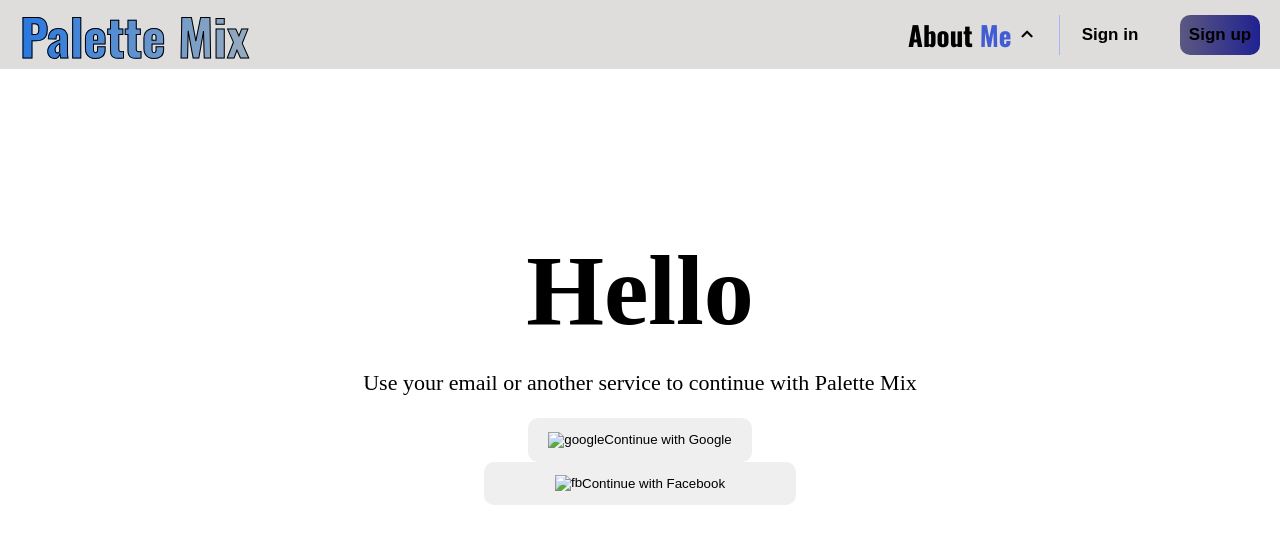
Repository: dmpelaez/Login-Signup-form
Page: Color/colorHeader.html
The author's editor kept a copy of each file at every save. The page is drawn from the files as they stood at one save, then again after the next save.
The browser window is 1280 px wide. The pictures show the window.
A layer covers the whole window, so only the first screen is drawn. Some web libraries are served in a nearby version.

Above is the page before, as saved 2025-12-13 07:24:18.

### Color/colorHeader.html
<!DOCTYPE html>

  <html lang="en" dir="ltr">

    <head>

      <title>Palette Mix</title>
      <!--Style-->
      <link rel="stylesheet" href="colorHeader.css">
      <link rel="stylesheet" href="colorMain.css">
      <link rel="stylesheet" href="https://cdnjs.cloudflare.com/ajax/libs/font-awesome/5.14.0/css/all.min.css">
    </head>
    <body>

      <header class="color-header">
        <!--Title-->
        <a href="colorHeader.html">
          <section id="title" class="color-title">
            Palette Mix
          </section>
        </a>

        <!--End-->

        <!--Right side navigation bar-->
        <section class="navigation-bar">

          <!--About me-->
          <button class="about-me">
           <span class="aboutme">About <span class="me-text">Me</span></span>
           <i class="fas fa-chevron-up"></i>

          </button>

          <!--Login & Signup form-->
          <div class="signin-signup">
            <button class="sign-in">
              Sign in
            </button>
            <button class="sign-up">
              Sign up
            </button>
          </div>
        </section>
        <!--End-->
        <div class="aboutmeSection">
          <div class="sectionAboutme">

            <img class="imageofme" alt="Creator Image" src="WIN_20241001_13_05_33_Pro.jpg">
            <P class="gd">Good day!</P>
            <p class="introduction">
              I am Delmar Galibo Pelaez, 19 years old from Manila, Philippines.
              I am a self-taught programmer who decided to study HTML, CSS and JavaScript to become
              a web developer and I'm hoping to thrive and learn more about on this field to create and serve to others.
            </p>

          </div>

          <div class="aboutThisProject">
            <h2 class="info-project">Palette Mix</h2>
            <p class="infoPalette">
              This project is only created for fun and to challenge myself to create different projects so as to improve skills in web development.
              The creation of Palette Mix started when I'm searching for a project to do because I always hear other programmers that to improve quickly and effieciently --
              you need to create your own projects. Palette Mix is about generating different colors that can be use to mix and create a great layout design for a websites!
            </p>
          </div>

          <div class="connectSection">
            <div class="contacts">
              <h2 class="connect-text">Connect:</h2>
              <a class="githubLink" href="https://github.com/dmpelaez" target="_blank">
                 <img class="github" alt="Github" src="download__1_-removebg-preview.png">
              </a>
              <a class="facebook"  href="#" target="_blank">
                <img class="fb"  alt="Facebook" src="facebook-logo (1).png">
              </a>
            </div>

          </div>

        </div>

        <!--Sign in -->

        <div class="signinPage">

          <div class="signinBox">

            <h1 class="hello-text">Hello</h1>
            <p class="email-account">
              Use your email or another service to continue with Palette Mix
            </p>

            <button class="google">
              <div class="google2">
                <img class="googleImage" alt="google" href="#">
                <p class="continue-text">Continue with Google</p>
              </div>
            </button>
            <button class="fbbutton">
              <div class="fbSection">
                <Img class="fbImage" alt="fb" href="#">
                <p class="continue-text2">Continue with Facebook</p>
              </div>
            </button>

          </div>

        </div>


      </header>

      <main class="mainpage">

        <!--Main page-->
        <div class="main-page">

          <section class="title1">

            <h1 class="intro">Your color palettes generator!</h1>

            <h3 class="little-info">Create the perfect palette and get inspired by thousands of beautiful color schemes.</h3>
            <div class="sliding">
              <div class="colors">
              </div>
              <div class="colors2">
              </div>
              <div class="colors3">
              </div>
               <div class="colors4">
              </div>
            </div>

            <div class="colorSearch">
              <input type="color" class="colorbox">
              <Input type="text"  class="textbox">
              <img class="brush" src="brush.png">
              <img class="plate" src="plate.png">
              <img class="board" src="board.png">
                <div class="comment-section">
                  <h3 class="comment-text">Comment Here!</h3>
                  <ul class="comment-list"></ul>
                  <textarea class="comment-input" placeholder="Add Comment here..."></textarea>
                </div>
              </img>

            </div>

            <button class="generator">
              <i class="fas fa-palette"></i>
              Generate
            </button>
          </section>


        </div>

        <div class="theWhole">
          <div class="paletteText">Palette Mix</div>
          <div class="colorGenerator">
          </div>

          <div class="wholeDesign">
          <i id="leftIcon" class="fas fa-angle-left"></i>
              <div class="divBox">

            <!--Design 1-->


            <div class="divScroll">
              <div  class="div1">
                <div id="randomBox1" class="divpage1">
                  <header id="randomBox2" class="headerDiv1">Header</header>
                  <main  id="randomBox3" class="mainDiv1">
                    <div id="randomBox4" class="asideDiv1">Aside</div>
                    <div id="randomBox5" class="frontDiv1">Main</div>
                  </main>
                  <footer id="randomBox7" class="footerDiv1">Footer</footer>
                </div>
              </div>
              <!--Design 2-->
              <div  class="div2">
                <div id="randomBox1" class="divpage2">
                  <header id="randomBox2" class="headerDiv2">Header</header>
                    <div id="randomBox4" class="asideDiv2">Aside</div>
                    <div id="randomBox5" class="frontDiv2">Main</div>
                  <footer id="randomBox7" class="footerDiv2">Footer</footer>
                </div>
              </div>

              <!--Design 3-->

              <div  class="div3">
                <div id="randomBox1" class="divpage3">
                  <header id="randomBox2" class="headerDiv3">Header</header>
                    <div class="navBar">Navigation</div>
                    <div id="randomBox4" class="asideDiv3">Aside</div>
                    <div id="randomBox4" class="asideDiv32">Aside</div>
                    <div id="randomBox5" class="frontDiv3">Main</div>

                  <footer id="randomBox7" class="footerDiv3">Footer</footer>
                </div>
              </div>

            </div>
          </div>
          <i id="rightIcon"class="fas fa-angle-right"></i>



        </div>

        </div>


      </main>


      <script type="module" src="color.js"></script>

    </body>

  </html>

### Color/colorHeader.css
@import url('https://fonts.googleapis.com/css2?family=Anton&family=Oswald:wght@200..700&family=Poppins:ital,wght@0,100;0,200;0,300;0,400;0,500;0,600;0,700;0,800;0,900;1,100;1,200;1,300;1,400;1,500;1,600;1,700;1,800;1,900&family=Roboto:ital,wght@0,100..900;1,100..900&display=swap');

body {
  margin: 0;
  padding: 0;
}

.color-header {
  display: flex;
  justify-content: space-between;
  align-items: center;
  padding-left: 20px;
  padding-right: 20px;
  background: rgb(223, 220, 220);
  box-sizing: border-box;
  position: fixed;
  right: 0;
  left: 0;
  top: 0;
  height: 70px;
  border-bottom: 1px solid gray;
  z-index: 2;
}
@media (max-width: 670px) {
  .color-header {
    gap: 30px;
  }
}

a {
  text-decoration: none;
  flex-shrink: 0;
}

.color-title {
font-family: "Oswald", sans-serif;
font-weight: bold;
display: flex;
height: 50px;
font-size: 50px;
justify-content: start;
align-items: center;
-webkit-text-stroke: 1px black;
background: linear-gradient(90deg, rgb(41, 120, 224), rgb(150, 171, 190));
-webkit-background-clip: text;
-webkit-text-fill-color: transparent;
transition: all 0.3s ease;
cursor: pointer;
flex-shrink: 0;
}




.navigation-bar {
  display: Flex;
  justify-content: space-between;
  align-items: center;
  gap: 20px;
  height: 50px;
}
.signin-signup {
  display: Flex;
  border-left: 1px solid rgb(162, 183, 240);
  justify-content: space-between;
  align-items: center;
  gap: 30px;
  height: 40px;
  padding-left: 10px;
}

.sign-up {
  height: 40px;
  width: 80px;
  border-radius: 10px;
  border: none;
  background: transparent;
  color: black;
  font-family: arial;
  font-weight: bold;
  font-size: 17px;
  cursor: pointer;
  background: linear-gradient(90deg, rgb(92, 88, 129), rgb(32, 34, 145));
}
.sign-in {
  height: 40px;
  width: 80px;
  border-radius: 10px;
  border: none;
  background: transparent;
  color: black;
  font-family: arial;
  font-weight: bold;
  font-size: 17px;
  cursor: pointer;

}
.sign-in:hover,
.sign-up:hover {
background: linear-gradient(90deg, rgb(92, 88, 129), rgb(32, 34, 145));
  color: white;
}
.about-me {
  display: flex;
  justify-content: space-evenly;
  height: 40px;
  align-items: center;
  background-color: transparent;
  border: none;
  cursor: pointer;
  border-radius: 5px;
  flex-shrink: 0;
}
.about-me:hover {
  color: white;
  background: linear-gradient(90deg, rgb(92, 88, 129), rgb(32, 34, 145));
}
.aboutme {
  font-weight: bold;
  font-size: 27px;
  font-family: "Oswald";

}

.me-text {
  margin-right: 10px;
  color: rgb(66, 93, 212);
}

### Color/colorMain.css
@import url('https://fonts.googleapis.com/css2?family=Anton&family=Luckiest+Guy&family=Oswald:wght@200..700&family=Poppins:ital,wght@0,100;0,200;0,300;0,400;0,500;0,600;0,700;0,800;0,900;1,100;1,200;1,300;1,400;1,500;1,600;1,700;1,800;1,900&family=Roboto:ital,wght@0,100..900;1,100..900&display=swap');

body {
  height: 1580px;
}

.mainpage {
margin-top: 70px;
display: grid;
max-width: 1900px;
flex-shrink: 0;
position: relative;
}



.main-page {

}
.intro {
  font-weight: bold;
  font-size: 95px;
  white-space: wrap;
  font-family: "Oswald";
  flex-shrink: 0;
  display: flex;
  margin: 0px;
}


.aboutmeSection {
  display: grid;
  position: absolute;
  border: 1px solid black;
  background-color: rgb(39, 37, 37);
  left: 0;
  top: 100%;
  right: 0%;
  border-top: none;
  height: 0px;
  opacity: 1;
  justify-content: space-between;
  align-items: center;
  grid-template-columns: 1fr 1fr;
  grid-template-rows: 1fr 100px;
  overflow: hidden;
  transition: height 0.3s ease;
}


.aboutmeSection.btnDown {
  display: grid;
  opacity: 1;
  height: 520px;
  transition: height 0.3s ease;
}


.sectionAboutme {
  display: flex;
  height: 200px;
  justify-content: center;
 align-items: center;
 position: relative;
 gap: 20px;
 padding-left: 40px;
}
.imageofme {
  width: 350px;
  height: 350px;
  object-fit: cover;
  border-radius: 50%;
  display: flex;
}
.introduction {
  width: 350px;
  font-family: "Oswald";
  color: white;
  display: flex;
}
.connectSection {
  grid-column: 1 / 2 span;
  display: flex;
  background: linear-gradient(90deg, rgb(92, 88, 129), rgb(32, 34, 145));
}
.contacts {
  display: flex;
  padding-left: 20px;
  align-items: center;
}
.gd {
  font-weight: bold;
  font-size: 40px;
  white-space: nowrap;
  position: absolute;
  display: flex;
  top: -90px;
  left: 410px;
  color: white;
  font-family: "Oswald";
}

.fb {
  width: 20px;
  display: flex;
  margin-left: 20px;
}
.github {
  width: 45px;
  margin-left: 20px;
  display: flex;
}
.connect-text {
  font-family: "Oswald";
  font-size: 15px;
  display: flex;
}
.info-project {
  color: white;
  font-weight: bold;
  font-family: "Oswald";
  font-size: 40px;
  margin: 0px;
  display: flex;
  margin-right: 120px;
}
.aboutThisProject {
  display: flex;
  flex-direction: column;
  justify-content: center;
  align-items: center;
  margin-bottom: 40px;
}
.infoPalette {
  color: white;
  font-family: "Oswald";
  width: 400px;
  display: flex;
}



.title1 {
  display: flex;
  flex-direction: column;
    width: 100%;
  height: 800px;
  justify-content: start;
  position: relative;
  padding-top: 50px;
  align-items: center;
 background: linear-gradient(90deg, rgb(92, 88, 129), rgb(32, 34, 145));
 transition: background 6s ease;

}


.animate-gradient {
  animation: gradientShift 6s infinite alternate;
}

.little-info {

  font-size: 19px;
  color: rgb(0, 0, 0);
  font-family: "Poppins";
}

.letters {
  display: inline-block;
  margin: 2px;
}

.letters:hover {
  cursor: pointer;
  transition: text-shadow 0.3s ease;

  animation: wiggle 0.2s infinite alternate;
}


@keyframes wiggle {
  from {transform: translateX(0);}
  to {transform: translateX(-10px);}
}
.colors,
.colors2,
.colors3,
.colors4  {
  display: flex;

   width: 500px;
  height: 150px;
  justify-content: center;

   gap: 10px;
}
.colors div,
.colors2 div,
.colors3 div,
.colors4 div {
  display: Flex;
  height: 145px;
  flex-direction: row;
  width: 200px;
  justify-content: center;
}
.box {
  display: Flex;
  align-items: center;
  justify-content: center;
  font-weight: bold;
  font-size: 19px;
  text-transform: uppercase;
  cursor: pointer;

  border-radius: 10px;
}
.sliding {

  height: 250px;
 position: relative;
 overflow: hidden;
 margin-bottom: 20px;
}
.colors,
.colors2,
.colors3,
.colors4 {
  animation: scrollUp 6s linear infinite;

}


@keyframes scrollUp {
  0%   { transform: translateY(0); }
  25%   { transform: translateY(-50%); }
  50%   { transform: translateY(-100%); }
  75%   { transform: translateY(-150%); }
  100% { transform: translateY(-205%); }
}

.colorSearch {
  display: Flex;
  position: relative;
}
.brush {
  position: absolute;
  width: 300px;
  object-fit: cover;
  z-index: 1;
  top: -250px;
  right: -580px;
  pointer-events: none;
}
.plate {
  position: absolute;
  width: 200px;
  left: -350px;
  top: -70px;


}
.board {
  position: absolute;
  width: 600px;
  top: -330px;
  left: 230px;
  pointer-events: none;
}

.comment-section {
  position: absolute;
  right: -394px;
  bottom: -20%;
  display: flex;
  flex-direction: column;
  height: 250px;
  justify-content: end;
  text-align: center;

}
.comment-list {
position: absolute;
bottom: 10%;
display: flex;
align-items: left;
justify-content: start;

gap: 10px;
height: 140px;
width: 189px;
padding: 0;
left: -16px;
flex-direction: column;
overflow-y: scroll;
padding-left: 10px;
}
.comment-text {
  margin: 0px;
  Position: absolute;
  top: 45px;
  left: 20px;
  white-space: nowrap;
}
.comment-input {
display: flex;
position: initial;
padding-left: 10px;
text-align: middle;
align-items: center;
justify-content: center;
border-radius: 10px;
outline: none;
}
.comments {
  display: flex;
  justify-content: start;
  text-align: left;
  width: 160px;
  white-space: normal;
  word-wrap: break-word;
  word-break: break-all;
  overflow-wrap: break-word;
  border: 1px solid gray;
  padding: 10px;
  padding-right: 0px;
}


.generator {
  display: flex;
  background: blue;
  border: none;
  border-radius: 50px;
  height: 50px;
  align-items: center;
  justify-content: center;
  margin-top: 20px;
  width: 200px;
  font-family: "Oswald";
  font-size: 20px;
  color: white;
  cursor: pointer;
}
.generator i {
  margin-right: 10px;
}

.colorGenerator {
  display: flex;


  height: 200px;
  width: 100%;
  align-self: center;
 justify-self: center;
 align-items: center;
 justify-content: center;
 gap: 10px;

}
.generateColor {
  display: flex;
  border-width: 1px;
  border-radius: solid;
  width: 200px;
  height: 100px;
  justify-content: center;
  align-items: center;
  cursor: pointer;
  color: black;
}

.paletteText {
  font-weight: bold;
  font-family: "Oswald";
  font-size: 60px;
  position: absolute;
  left: 42%;
  top: 0;
  right: 50%;
  white-space: nowrap;
  top: 10px;

}

.theWhole {
  height: 100vh;
  display: flex;
  flex-direction: column;
  justify-content: center;
  align-items: center;
  position: relative;
 background: linear-gradient(90deg, rgb(92, 88, 129), rgb(32, 34, 145));
}

.divBox {
  border: 1px solid black;
  height: 400px;
  width: 600px;
  display: flex;
  align-items: center;
  justify-content: center;
  align-self: center;
  justify-self: center;
  gap: 20px;
  background-color: white;
  overflow-x: auto;
  scroll-behavior: smooth;
  position: relative;
}
.divBox::-webkit-scrollbar {
  display: none;
}
.wholeDesign {
  display: flex;
  justify-content: center;
  align-items: center;
  margin-bottom: 20px;
}


.divBox i {
  cursor: pointer;
  margin-right: 10px;
  margin-left: 10px;

}

.divScroll {
  display: flex;
  justify-content: space-evenly;
  height: 90%;
  min-width: 90%;
  position: absolute;
  left: 20px;
  background-color: white;
  gap: 30px;

}

.div1{
  display: grid;
  border: 1px solid black;
  min-height: 90%;
  width: 550px;
  flex-direction: column;
  z-index: 1;


}


.div2 {
 display: grid;
  border: 1px solid black;
  min-height: 90%;
  width: 550px;
  flex-direction: column;
  z-index: 1;

}
.div3 {
  display: grid;
  border: 1px solid black;
  min-height: 90%;
  width: 550px;
  flex-direction: column;
  z-index: 1;
  margin-right: 20px;

}





.divpage1 {
  display: flex;
   z-index: 2;
   flex-direction: column;
  height: 100%;
  min-width: 100%;
  justify-content: space-between;
  align-items: center;

}

.headerDiv1 {
  display: flex;
  align-items: center;
  justify-content: center;
  height: 40px;
  border: 1px solid black;
  min-width: 95%;
  margin-top: 5px;
  z-index: 2;
  background-color: white;
}
.mainDiv1{
  display: flex;
   z-index: 2;
  height: 70%;
  min-width: 95%;
  justify-content: space-between;

}
.footerDiv1 {
  display: flex;
  border: 1px solid black;
  min-width: 95%;
  justify-content: center;
  height: 10%;
  align-items: center;
  margin-bottom: 5px;
    z-index: 2;
    background-color: white;
}
.asideDiv1 {
  border: 1px solid black;
  min-width: 30%;
  display: flex;
  align-items: center;
  justify-content: center;
  z-index: 2;
  background-color: white;
}
.frontDiv1 {
  display: flex;
  border: 1px solid black;
  min-width: 65%;
  justify-content: center;
  align-items: center;
  z-index: 2;
  background-color: white;
}





.divpage2 {
  display: grid;
grid-template-columns: 150px 1fr 1fr 1fr;
grid-template-rows: 150px 1fr 1fr 1fr;
row-gap: 10px;
column-gap: 10px;
margin: 10px;
}
.headerDiv2 {
  grid-row: 1 / 3 span;
  display: flex;
  justify-content: center;
  align-items: center;
  border: 1px solid black;
  background-color: white;
}

.footerDiv2 {
  grid-row: 4 / 1 span;
  grid-column: 4 span;
  display: flex;
  justify-content: center;
  align-items: center;
  border: 1px solid black;
  background-color: white;
}


.frontDiv2 {
grid-column: 2 / 3 span;
grid-row: 1 / 2 span;
display: flex;
justify-content: center;
align-items: center;
border: 1px solid black;
background-color: white;
}
.asideDiv2 {
  grid-column: 2 / 3 span;
  display: flex;
  justify-content: center;
  align-items: center;
  border: 1px solid black;
  background-color: white;
}




.divpage3 {
  display: grid;
  grid-template-columns: 150px 1fr 150px;
  grid-template-rows: 50px 40px 1fr 1fr 40px;
  row-gap: 10px;
  column-gap: 10px;
  margin: 10px;

}
.headerDiv3 {
  grid-column: 1 / 3 span;
  display: flex;
  justify-content: center;
  align-items: center;
  border: 1px solid black;
  background-color: white;
}
.navBar {
  grid-column: 1 / 3 span;
  display: flex;
  justify-content: center;
  align-items: center;
  border: 1px solid black;
background-color: white;
}
.asideDiv3 {
  display: flex;
  border: 1px solid black;
  justify-content: center;
  align-items: center;
background-color: white;
}
.asideDiv32 {
  display: Flex;
  border: 1px black solid;
  grid-row: 4;
  justify-content: center;
  align-items: center;
  background-color: white;
}
.frontDiv3 {
  display: flex;
  justify-content: center;
  align-items: center;
  border: 1px solid black;
  grid-row: 3 / 2 span;
  grid-column: 2 / 2 span;
  background-color: white;
}
.footerDiv3 {
  display: Flex;
  align-items: center;
  justify-content: center;
  border: 1px solid black;
  grid-column: 1 / 3 span;
  background-color: white;
}




#leftIcon {
  cursor: pointer;
  color: white;
  margin-right: 20px;
  padding: 20px;
}
#rightIcon {
  cursor: pointer;
  margin-left: 20px;
  padding: 20px;
 color: white;
}


.signinPage {
  position: absolute;
  top: 100%;
  height: 100vh;
  left: 0;
  right: 0;
  background: white;
  display: flex;
  justify-content: center;
  padding-top: 100px;
  gap: 10px;
}

.signinBox {
  display: flex;
  flex-direction: column;
  width: 600px;
  height: 400px;
  justify-content: center;
  align-items: center;

}
.google {
  display: flex;
  flex-direction: row;
  padding-left: 20px;
  padding-right: 20px;
  border-radius: 10px;
  border: none;
  align-items: center;
  justify-content: center;
}
.google2 {
  display: flex;
  align-items: center;

}
.continue-text {
justify-content: space-between;
}
.hello-text {
  display: inline-block;
  margin: 0px;
  font-size: 100px;
}
.email-account {
  font-size: 22px;

}
.fbbutton {
  display: flex;
  border-radius: 10px;
  border: none;
}
.fbSection {
  display: Flex;
  align-items: center;
  justify-content: center;
  width: 300px;

}

Loaded but not shown: Color/color.js (475 lines, source omitted)

After the next save:
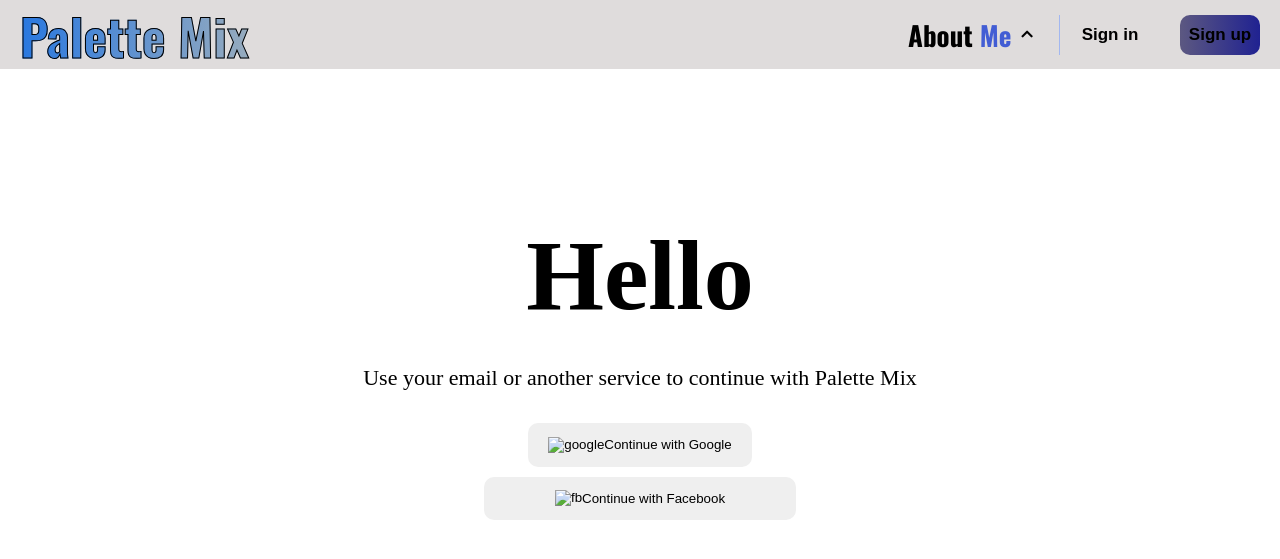
Saved 13 s later.
--- a/Color/colorMain.css
+++ b/Color/colorMain.css
@@ -674,7 +674,7 @@ background-color: white;
   display: flex;
   justify-content: center;
   padding-top: 100px;
-  gap: 10px;
+
 }
 
 .signinBox {
@@ -684,7 +684,7 @@ background-color: white;
   height: 400px;
   justify-content: center;
   align-items: center;
-
+  gap: 10px;
 }
 .google {
   display: flex;
